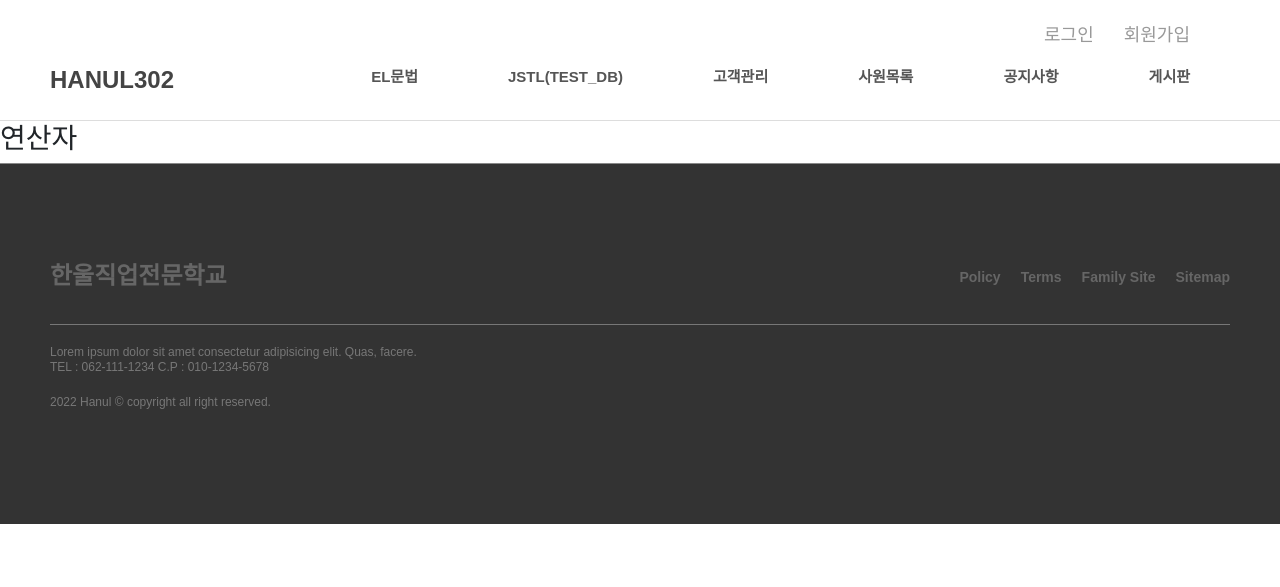
Repository: Xeyeong/servlet
Page: http://localhost/05.MiniProject/el/operator.jsp
These files come from the project's save history. The page is drawn as it stood at one moment and after a run of saves; the edit follows.
The browser window is 1280 px wide. The pictures show the whole page.
Some web libraries are served in a nearby version. The page is served by Tomcat 9.

Above is the page before, as saved 2022-09-20 02:54:07.

After the next 3 saves:
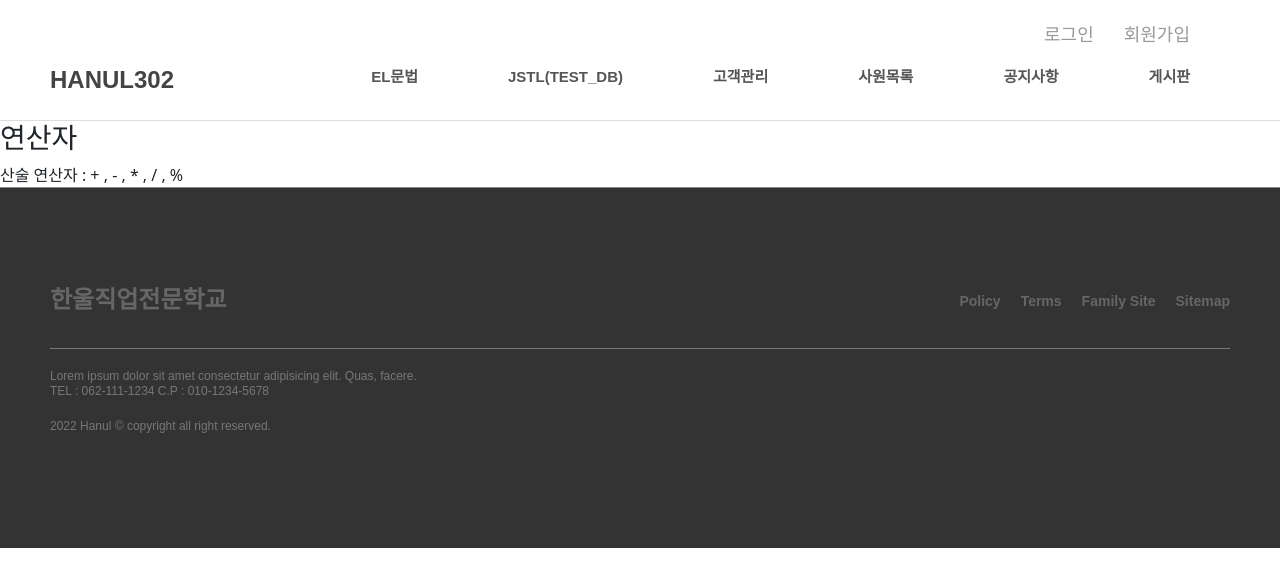
The 3 saves are shown as one change because they came seconds apart.
The last was saved 32 s later.
--- a/05.MiniProject/src/main/webapp/el/operator.jsp
+++ b/05.MiniProject/src/main/webapp/el/operator.jsp
@@ -9,6 +9,7 @@
 <body>
 <jsp:include page="/include/header.jsp" />
 	<h3>연산자</h3>
+	<div>산술 연산자 : + , - , * , / , %</div>
 <jsp:include page="/include/footer.jsp" />
 </body>
 </html>
